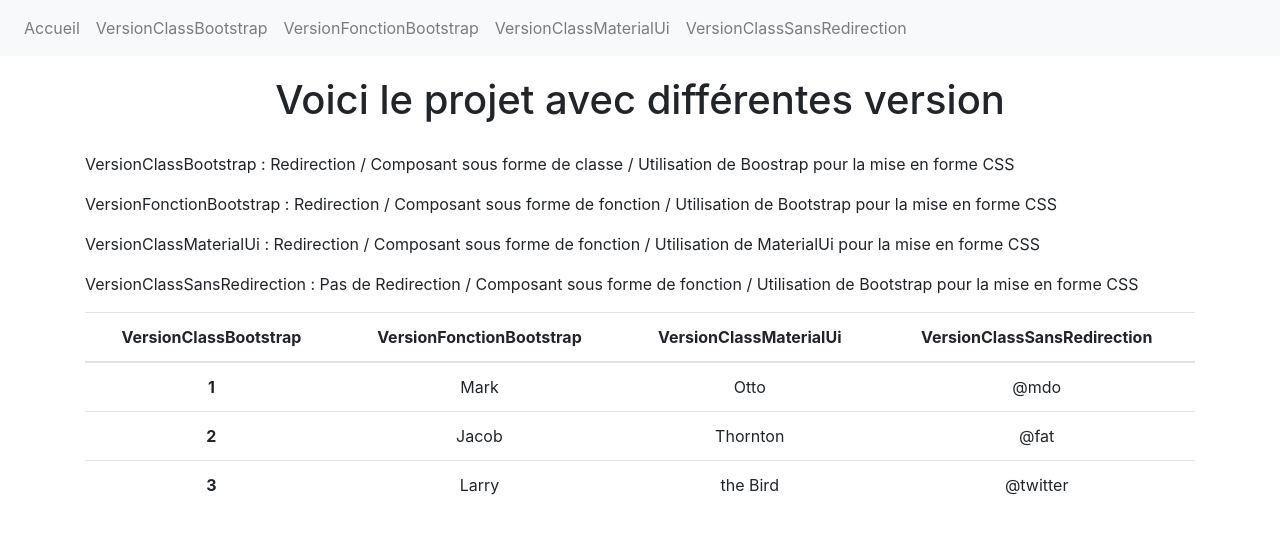
Repository: LudovicB21/CountryTest
Page: /
These files come from the project's save history. The page is drawn as it stood at one moment and after the next save; the edit follows.
The browser window is 1280 px wide. The pictures show the whole page.
The project was rebuilt for these pictures with package versions that can differ from the ones it lists, and the page was loaded fresh each time. Also part of the build but not shown: src/components/VersionClassBootstrap/ListPays.components.js, src/components/VersionClassMaterialUi/ListPays.components.js, src/components/VersionFonctionBoostrap/ListPays.components.js, src/components/VersionSansRedirection/ListPays.component.js, src/components/VersionClassBootstrap/InfoPays.components.js, src/components/VersionClassMaterialUi/InfoPays.components.js, src/components/VersionFonctionBoostrap/InfoPays.components.js.

Above is the page before, as saved 2020-10-29 13:25:33.

### public/index.html
<!DOCTYPE html>
<html lang="en">
  <head>
    <meta charset="utf-8" />
    <link rel="icon" href="%PUBLIC_URL%/favicon.ico" />
    <link rel="stylesheet" href="https://cdn.jsdelivr.net/npm/bootstrap@4.5.3/dist/css/bootstrap.min.css" integrity="sha384-TX8t27EcRE3e/ihU7zmQxVncDAy5uIKz4rEkgIXeMed4M0jlfIDPvg6uqKI2xXr2" crossorigin="anonymous">
    <meta name="viewport" content="width=device-width, initial-scale=1" />
    <meta name="theme-color" content="#000000" />
    <meta
      name="description"
      content="Web site created using create-react-app"
    />
    <link rel="apple-touch-icon" href="%PUBLIC_URL%/logo192.png" />
    <!--
      manifest.json provides metadata used when your web app is installed on a
      user's mobile device or desktop. See https://developers.google.com/web/fundamentals/web-app-manifest/
    -->
    <link rel="manifest" href="%PUBLIC_URL%/manifest.json" />
    <link
      rel="stylesheet"
      href="https://maxcdn.bootstrapcdn.com/bootstrap/4.5.0/css/bootstrap.min.css"
      integrity="sha384-9aIt2nRpC12Uk9gS9baDl411NQApFmC26EwAOH8WgZl5MYYxFfc+NcPb1dKGj7Sk"
      crossorigin="anonymous"
    />
    <link rel="stylesheet" href="https://cdn.jsdelivr.net/npm/bootstrap@4.5.3/dist/css/bootstrap.min.css" integrity="sha384-TX8t27EcRE3e/ihU7zmQxVncDAy5uIKz4rEkgIXeMed4M0jlfIDPvg6uqKI2xXr2" crossorigin="anonymous">

    <!--
      Notice the use of %PUBLIC_URL% in the tags above.
      It will be replaced with the URL of the `public` folder during the build.
      Only files inside the `public` folder can be referenced from the HTML.

      Unlike "/favicon.ico" or "favicon.ico", "%PUBLIC_URL%/favicon.ico" will
      work correctly both with client-side routing and a non-root public URL.
      Learn how to configure a non-root public URL by running `npm run build`.
    -->
    <title>React App</title>
  </head>
  <body>
    <noscript>You need to enable JavaScript to run this app.</noscript>
    <div id="root"></div>
    <!--
      This HTML file is a template.
      If you open it directly in the browser, you will see an empty page.

      You can add webfonts, meta tags, or analytics to this file.
      The build step will place the bundled scripts into the <body> tag.

      To begin the development, run `npm start` or `yarn start`.
      To create a production bundle, use `npm run build` or `yarn build`.
    -->
  </body>
</html>

### src/App.js
import React from 'react';
import './App.css';
import ListPays from "./components/VersionClassBootstrap/ListPays.components"
import ListPaysMaterial from "./components/VersionClassMaterialUi/ListPays.components"
import ListPaysFonction from "./components/VersionFonctionBoostrap/ListPays.components"
import ListPaysSansRedirection from "./components/VersionSansRedirection/ListPays.component"
import Accueil from "./components/Accueil"
import { BrowserRouter as Router, Route, Switch} from 'react-router-dom'
import InfoPays from "./components/VersionClassBootstrap/InfoPays.components"
import InfosPaysMaterial from "./components/VersionClassMaterialUi/InfoPays.components"
import InfoPaysFonction from "./components/VersionFonctionBoostrap/InfoPays.components"
import Nav from "./components/Navigation"
function App() {
  return (
    <div className="App">
        <Router>
          <Nav />
          <Switch>
            <Route path="/"  exact component={Accueil} />
            <Route path="/VersionClassBootstrap" exact component={ListPays} />
            <Route path="/VersionFonctionBoostrap" exact component={ListPaysFonction} />
            <Route path="/VersionClassMaterialUi" exact component={ListPaysMaterial} />
            <Route path="/VersionSansRedirection" exact component={ListPaysSansRedirection} />
            <Route path="/VersionClassMaterialUi/:id" component={InfosPaysMaterial} />
            <Route path="/VersionClassBootstrap/:id"  component={InfoPays }/>
            <Route path="/VersionFonctionBoostrap/:id" component={InfoPaysFonction} />
          </Switch>
        </Router>
    </div>
  );
}

export default App;

### src/components/Accueil.js
import React, { Component } from 'react'

class Accueil extends Component {
    render() {
        return (
            <div className="container">
                <h1 style={{padding: "20px"}}> Voici le projet avec différentes version  </h1>
                <div style={{textAlign: "left"}}>
                    <p> VersionClassBootstrap :
                          Redirection
                        / Composant sous forme de classe
                        / Utilisation de Boostrap pour la mise en forme CSS {"\n"}
                    </p>
                    <p> VersionFonctionBootstrap :
                          Redirection
                        / Composant sous forme de fonction
                        / Utilisation de Bootstrap pour la mise en forme CSS {"\n"}
                    </p>
                    <p> VersionClassMaterialUi :
                          Redirection
                        / Composant sous forme de fonction
                        / Utilisation de MaterialUi pour la mise en forme CSS {"\n"}
                    </p>
                    <p> VersionClassSansRedirection :
                          Pas de Redirection
                        / Composant sous forme de fonction
                        / Utilisation de Bootstrap pour la mise en forme CSS {"\n"}
                    </p>
                </div>
                <table class="table">
                    <thead>
                        <tr>
                        <th scope="col">VersionClassBootstrap</th>
                        <th scope="col">VersionFonctionBootstrap</th>
                        <th scope="col">VersionClassMaterialUi</th>
                        <th scope="col">VersionClassSansRedirection</th>
                        </tr>
                    </thead>
                    <tbody>
                        <tr>
                        <th scope="row">1</th>
                        <td>Mark</td>
                        <td>Otto</td>
                        <td>@mdo</td>
                        </tr>
                        <tr>
                        <th scope="row">2</th>
                        <td>Jacob</td>
                        <td>Thornton</td>
                        <td>@fat</td>
                        </tr>
                        <tr>
                        <th scope="row">3</th>
                        <td>Larry</td>
                        <td>the Bird</td>
                        <td>@twitter</td>
                        </tr>
                    </tbody>
                    </table>
            </div>
        )
    }
}

export default Accueil

### src/components/Navigation.js
import React, { Component } from 'react';
import { Link } from 'react-router-dom';

class Navigation extends Component {
    render() {
        return (
            <nav className="navbar navbar-expand-lg navbar-light bg-light">
            <button className="navbar-toggler" type="button" data-toggle="collapse" data-target="#navbarNav" aria-controls="navbarNav" aria-expanded="false" aria-label="Toggle navigation">
                <span className="navbar-toggler-icon"></span>
            </button>
            <div className="collapse navbar-collapse" id="navbarNav">
                <ul className="navbar-nav">
                    <Link to="/">
                        <li className="nav-item">
                            <a className="nav-link">Accueil</a>
                        </li>
                    </Link>
                    <Link to="/VersionClassBootstrap">
                        <li className="nav-item">
                            <a className="nav-link">VersionClassBootstrap</a>
                        </li>
                    </Link>
                    <Link to="/VersionFonctionBoostrap">
                        <li className="nav-item">
                            <a className="nav-link">VersionFonctionBootstrap</a>
                        </li>
                    </Link>
                    <Link to="/VersionClassMaterialUi">
                        <li className="nav-item">
                            <a className="nav-link">VersionClassMaterialUi</a>
                        </li>
                    </Link>
                    <Link to="/VersionSansRedirection">
                        <li className="nav-item">
                            <a className="nav-link">VersionClassSansRedirection</a>
                        </li>
                    </Link>
                </ul>
            </div>
            </nav>
        )
    }
}

export default Navigation

Loaded but not shown: src/index.js (common file); src/index.css (common file); src/serviceWorker.js (common file); src/App.css (common file)

After the next save:
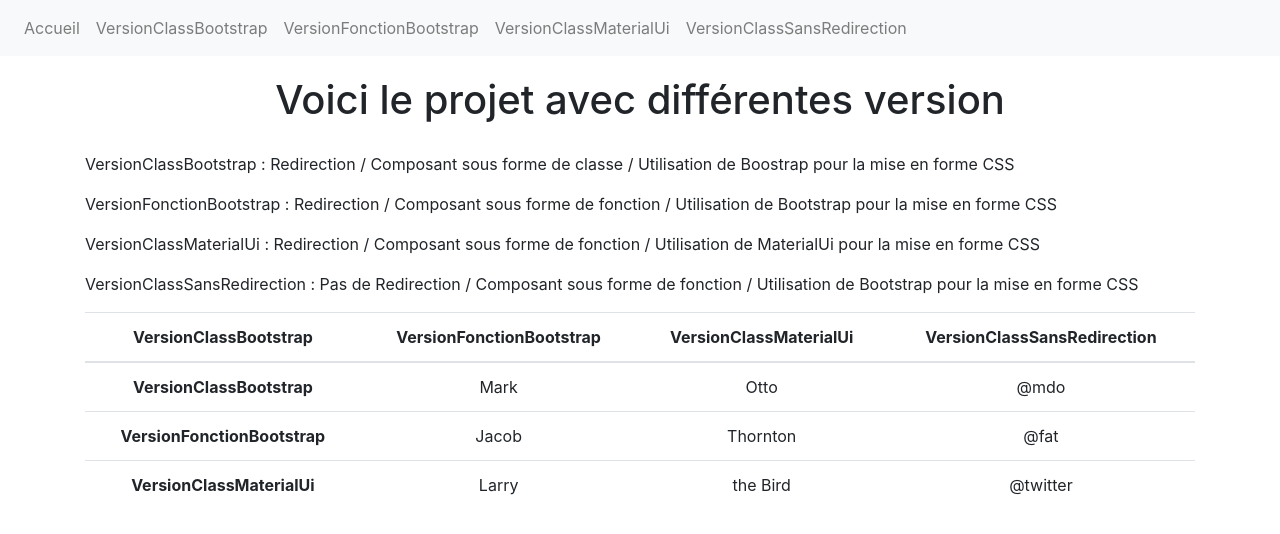
Saved 2 min 11 s later.
--- a/src/components/Accueil.js
+++ b/src/components/Accueil.js
@@ -38,22 +38,22 @@ class Accueil extends Component {
                     </thead>
                     <tbody>
                         <tr>
-                        <th scope="row">1</th>
-                        <td>Mark</td>
-                        <td>Otto</td>
-                        <td>@mdo</td>
+                        <th scope="row">VersionClassBootstrap</th>
+                            <td>Mark</td>
+                            <td>Otto</td>
+                            <td>@mdo</td>
                         </tr>
                         <tr>
-                        <th scope="row">2</th>
-                        <td>Jacob</td>
-                        <td>Thornton</td>
-                        <td>@fat</td>
+                        <th scope="row">VersionFonctionBootstrap</th>
+                            <td>Jacob</td>
+                            <td>Thornton</td>
+                            <td>@fat</td>
                         </tr>
                         <tr>
-                        <th scope="row">3</th>
-                        <td>Larry</td>
-                        <td>the Bird</td>
-                        <td>@twitter</td>
+                        <th scope="row">VersionClassMaterialUi</th>
+                            <td>Larry</td>
+                            <td>the Bird</td>
+                            <td>@twitter</td>
                         </tr>
                     </tbody>
                     </table>
